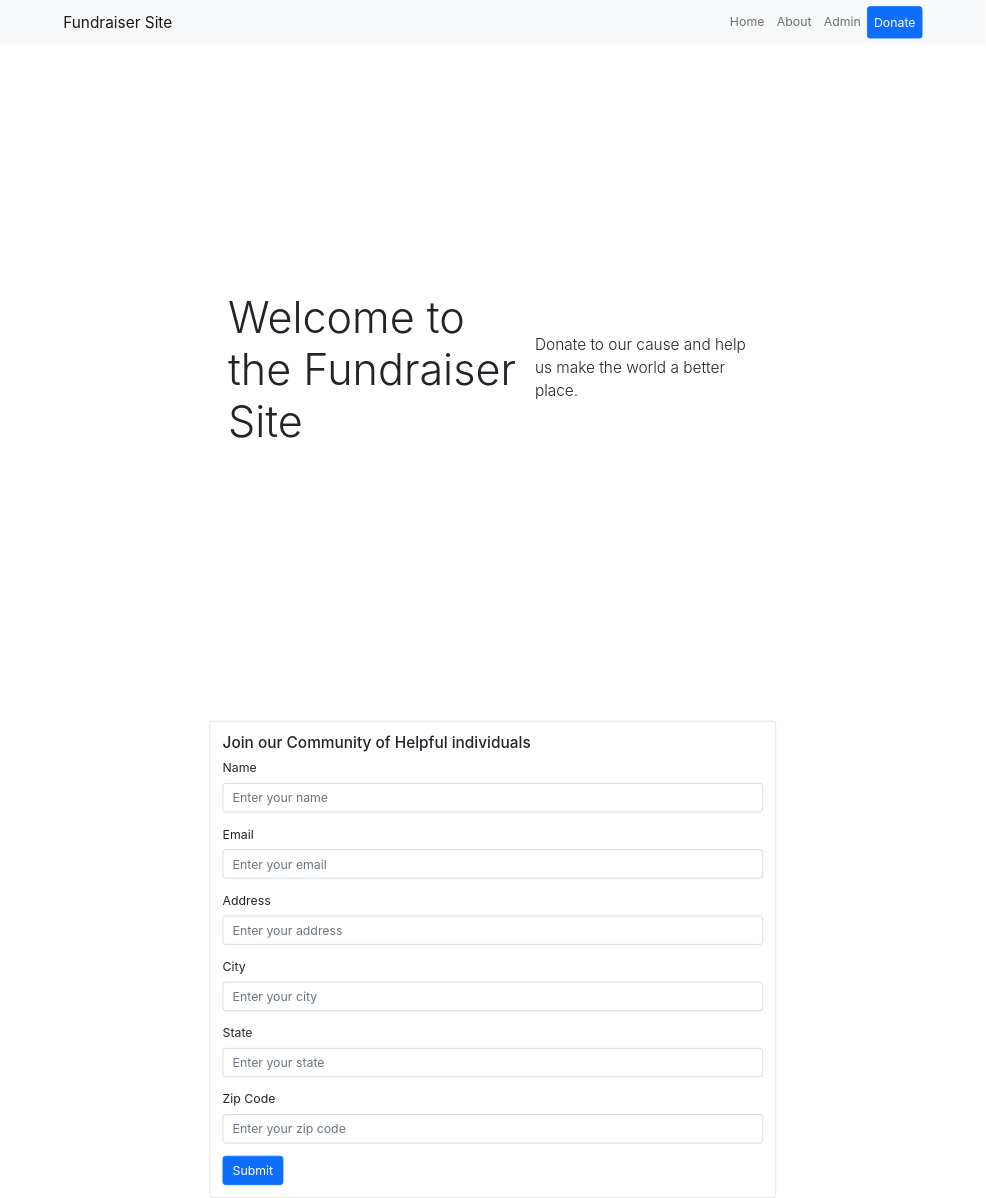
Repository: DragonFruit8/Fundraiser-Page
Page: /
The author's editor kept a copy of each file at every save. The page is drawn from the files as they stood at one save, then again after a run of saves.
The browser window is 1280 px wide. The pictures show the whole page, at 77% of full size.
The project was rebuilt for these pictures with package versions that can differ from the ones it lists, and the page was loaded fresh each time. Also part of the build but not shown: src/pages/About.js, src/pages/Donate.js, src/pages/Admin.js.

Above is the page before, as saved 2024-07-19 12:43:30.

After the next 2 saves:
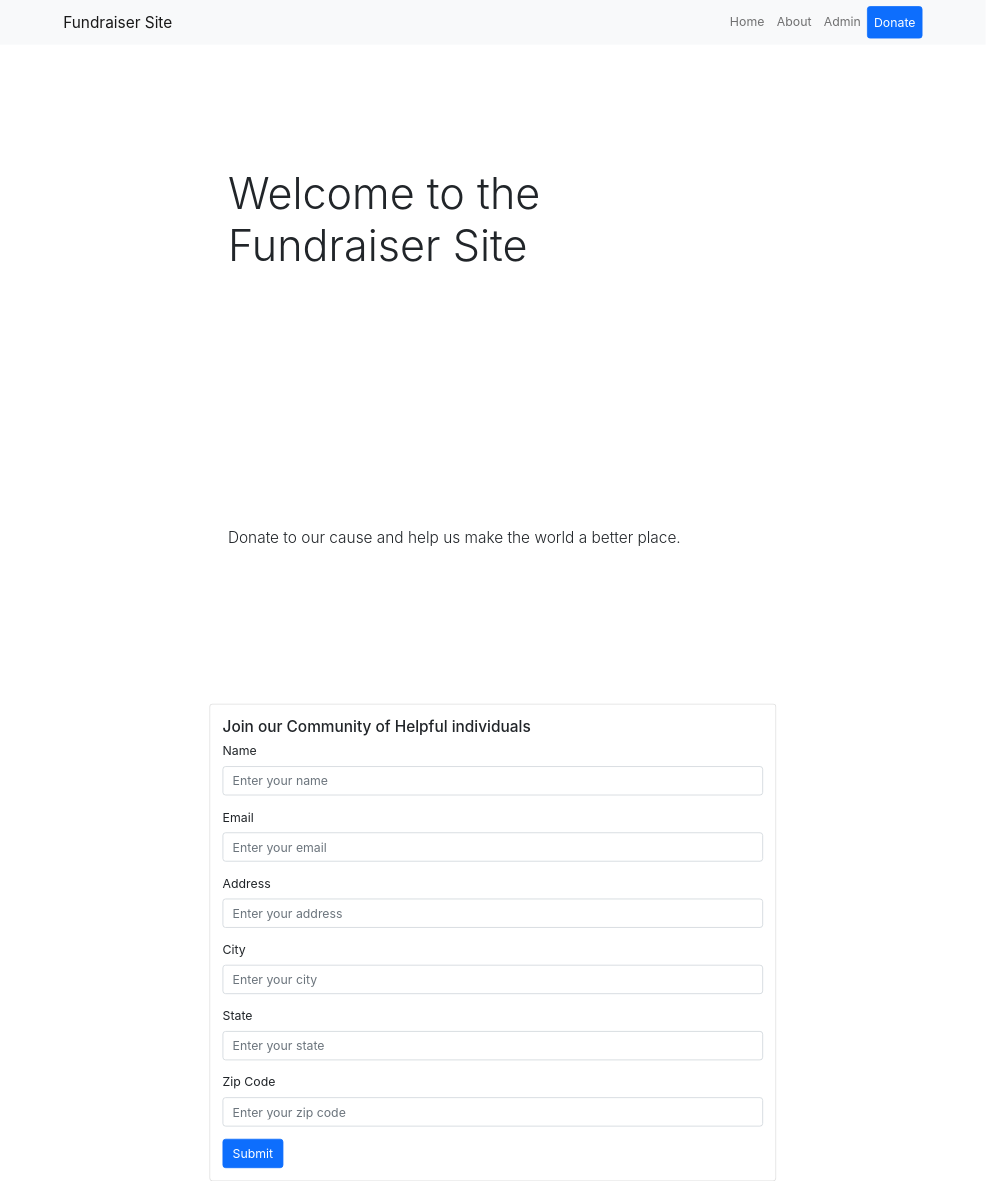
The 2 saves are shown as one change because they came seconds apart.
The last was saved 10 s later.
--- a/src/pages/Home.js
+++ b/src/pages/Home.js
@@ -34,7 +34,7 @@ const Home = () => {
         <section className="container">
             <div className="row justify-content-center">
                 <div className="col-md-8">
-                    <div className="d-flex container h-100 justify-content-center align-items-center">
+                    <div className="d-flex container row h-100 justify-content-center align-items-center">
                         <h1 className="display-4">Welcome to the Fundraiser Site</h1>
                         <p className="lead">Donate to our cause and help us make the world a better place.</p>
                     </div>
